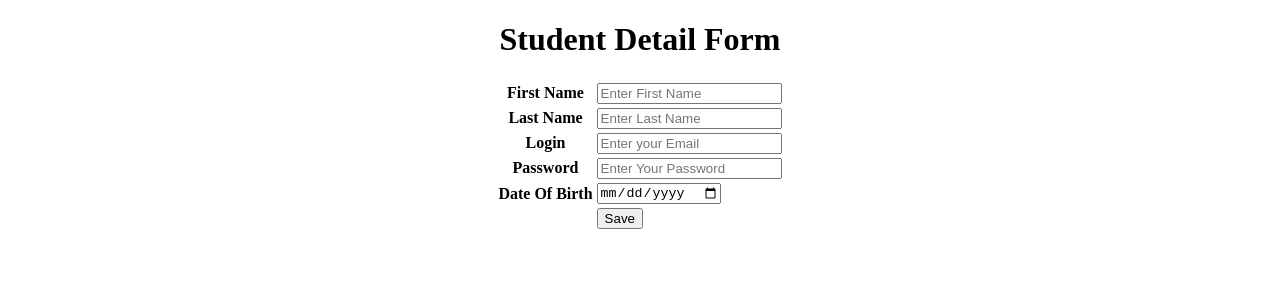
Repository: Abhi070717/Advance-Java
Page: http://localhost/jsp-servlet/UserForm.jsp
The author's editor kept a copy of each file at every save. The page is drawn from the files as they stood at one save, then again after the next save.
The browser window is 1280 px wide. The pictures show the whole page.
The page is served by Tomcat 9. Other server files are loaded and not shown.

Above is the page before, as saved 2026-01-21 11:05:23.

### Jsp-servlet/jsp-servlet/WebContent/UserForm.jsp
<%@ page language="java" contentType="text/html; charset=ISO-8859-1"
	pageEncoding="ISO-8859-1"%>
<!DOCTYPE html>
<html>
<head>
<meta charset="ISO-8859-1">
<title>Student Form</title>
</head>
<body>

	<div align="center">

		<form>
			<h1>Student Detail Form</h1>
			<table>
				<tr>
					<th>First Name</th>
					<td><input type="text" name="firstName" value=""
						placeholder="Enter First Name"></td>
				</tr>
				<tr>
					<th>Last Name</th>
					<td><input type="text" name="lastName" value=""
						placeholder="Enter Last Name"></td>
				</tr>
				<tr>
					<th>Login</th>
					<td><input type="email" name="login" value=""
						placeholder="Enter your Email"></td>
				</tr>
				<tr>
					<th>Password</th>
					<td><input type="password" id="password" name="password"
						placeholder="Enter Your Password"></td>
				</tr>

				<tr>
					<th>Date Of Birth</th>
					<td><input type="date" name="DOB" value=""></td>
				</tr>
					<th></th>
					<td><input type="Submit" name="operation" value="Save"></td>
				</tr>
			</table>

		</form>

	</div>

</body>
</html>

After the next save:
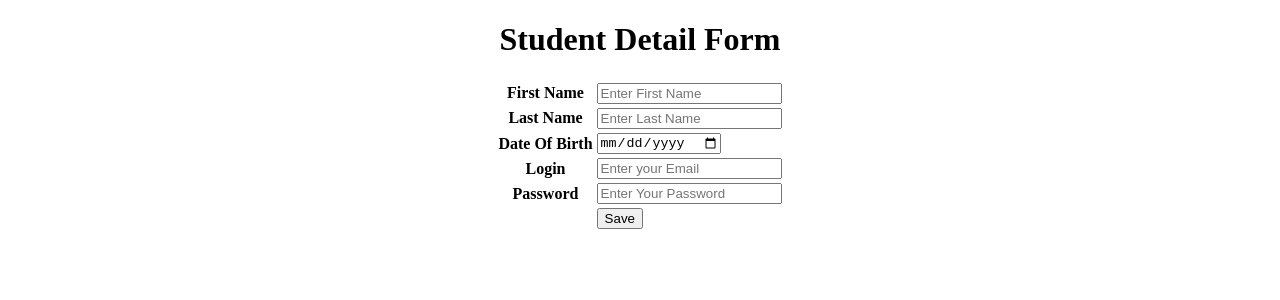
Saved 29 s later.
--- a/Jsp-servlet/jsp-servlet/WebContent/UserForm.jsp
+++ b/Jsp-servlet/jsp-servlet/WebContent/UserForm.jsp
@@ -24,6 +24,10 @@
 						placeholder="Enter Last Name"></td>
 				</tr>
 				<tr>
+					<th>Date Of Birth</th>
+					<td><input type="date" name="DOB" value=""></td>
+				</tr>
+				<tr>
 					<th>Login</th>
 					<td><input type="email" name="login" value=""
 						placeholder="Enter your Email"></td>
@@ -32,11 +36,6 @@
 					<th>Password</th>
 					<td><input type="password" id="password" name="password"
 						placeholder="Enter Your Password"></td>
-				</tr>
-
-				<tr>
-					<th>Date Of Birth</th>
-					<td><input type="date" name="DOB" value=""></td>
 				</tr>
 					<th></th>
 					<td><input type="Submit" name="operation" value="Save"></td>
